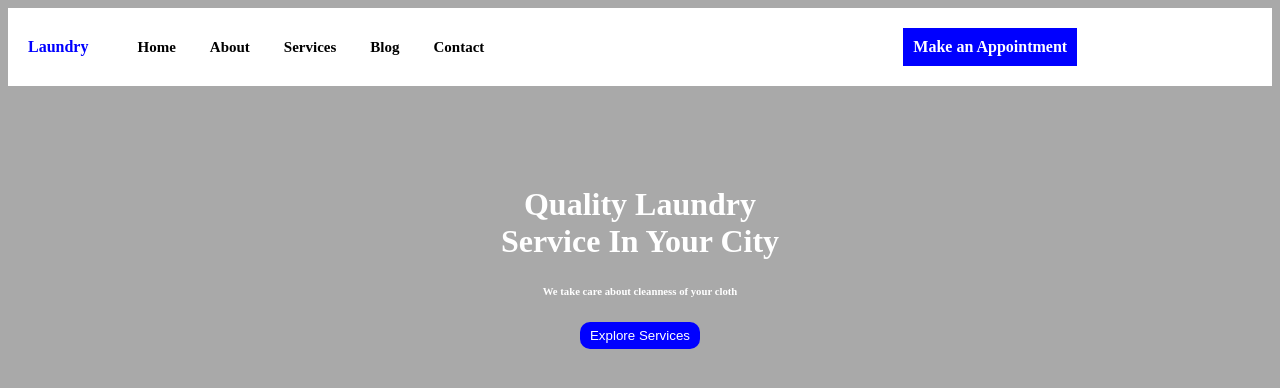
Repository: Tobby004/BDC-Assignment-4
Page: index.html
An editor plug-in stored every save of this project. The page is shown before and after the next save, followed by the edit.
The browser window is 1280 px wide. The pictures show the whole page.

Above is the page before, as saved 2023-03-08 05:03:59.

### index.html
<!DOCTYPE html>
<html lang="en">
<head>
    <meta charset="UTF-8">
    <meta http-equiv="X-UA-Compatible" content="IE=edge">
    <meta name="viewport" content="width=device-width, initial-scale=1.0">
    <title>template</title>
    <link rel="stylesheet" href="task.css">
</head>
<body>
    <div class="navbar">
    <ul>
        <b>Laundry</b>
        <li><a href="#">Home</a></li>
        <li><a href="#">About</a></li>
        <li><a href="#">Services</a></li>
        <li><a href="#">Blog</a></li>
        <li><a href="#">Contact</a></li>
       <li><b>Make an Appointment</b></li>
    </ul>
    </div>
    <h1> Quality Laundry <br> Service In Your City</h1>
    <h6> We take care about cleanness of your cloth</h6>
   <center><button>Explore Services</button></center>
</body>
</html>

### task.css
* {
    box-sizing: border-box;
}
body {
    background-color: darkgrey;
}
.navbar ul {
 margin: auto;
 background-color: white;
 padding: 20px;
}
.navbar li {
    display: inline-block;
}
.navbar b {
    margin-right: 30px;
    color: blue;
}
.navbar a {
    text-decoration: none;
    padding: 15px;
    color: black;
    font-size: 15px;
    font-weight: bold;
    font-family: 'Times New Roman', Times, serif;
}
.navbar li b {
    color: white;
    display: inline-block;
    padding: 10px;
    justify-content: space-between;
    background-color: blue;
    margin-left: 400px;
}
h1 {
    text-align: center;
    color: white;
    margin-top: 100px;
}
h6 {
    text-align: center;
    color: white;
}
button {
    background:blue;
    color: white;
    padding: 6px;
    border: none;
    width: 120px;
    justify-content: center;
    border-radius: 10px;

}

After the next save:
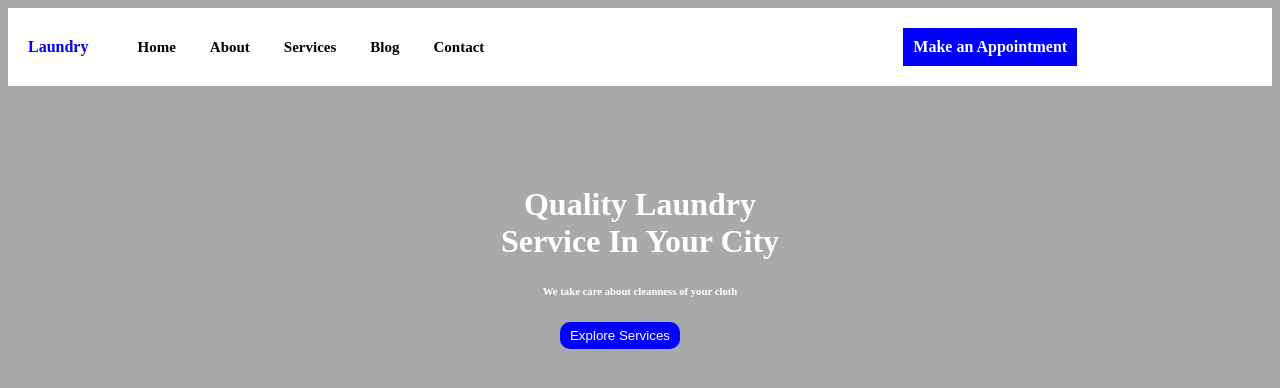
Saved 53 s later.
--- a/task.css
+++ b/task.css
@@ -47,6 +47,7 @@ button {
     padding: 6px;
     border: none;
     width: 120px;
+    margin-right: 40px;
     justify-content: center;
     border-radius: 10px;
 
